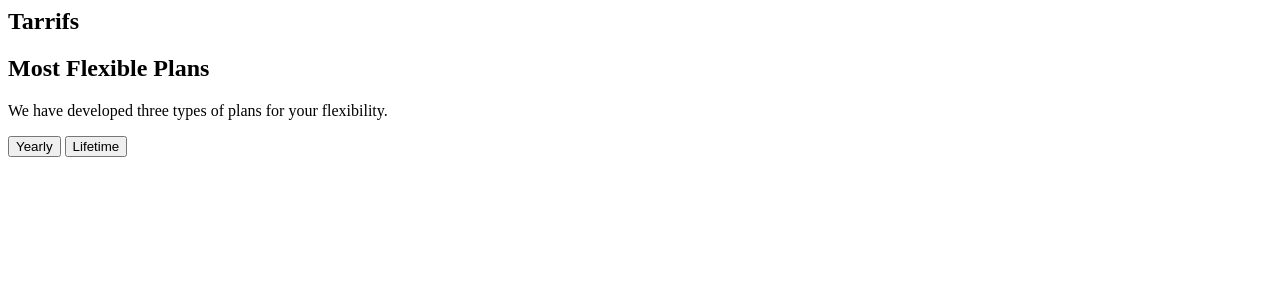
Repository: sanyathecreator/udrive-carsharing
Page: index.tarrifs.partial.html
The author's editor kept a copy of each file at every save. The page is drawn from the files as they stood at one save, then again after a run of saves.
The browser window is 1280 px wide. The pictures show the whole page.

Above is the page before, as saved 2025-09-11 00:08:40.

After the next 2 saves:
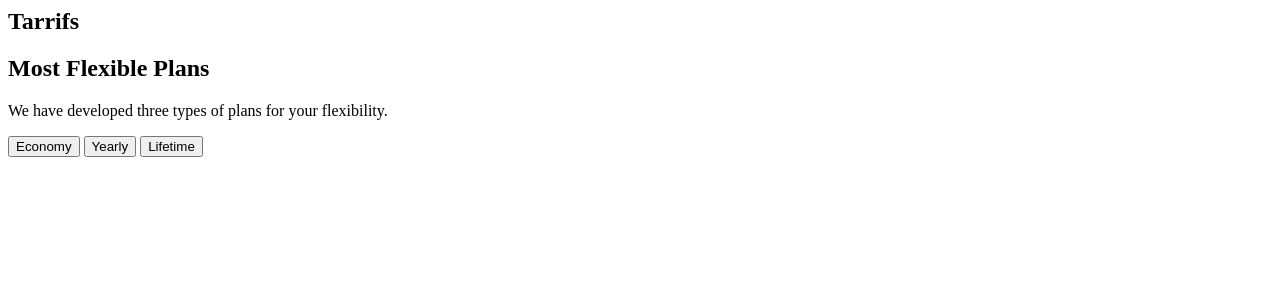
The 2 saves are shown as one change because they came seconds apart.
The last was saved 9 s later.
--- a/index.tarrifs.partial.html
+++ b/index.tarrifs.partial.html
@@ -6,6 +6,6 @@
     </div>
 
     <div class="tabs" role="tablist" aria-label="Tarrifs">
-      <button class="tab is active" data-tab="economy" role = "tab"
+      <button class="tab is active" data-tab="economy" role = "tab">Economy</button>
       <button class="tab" role="tab" aria-selected="false" aria-controls="yearly" id="yearly-tab" tabindex="-1">Yearly</button>
       <button class="tab" role="tab" aria-selected="false" aria-controls="lifetime" id="lifetime-tab" tabindex="-1">Lifetime</button>
